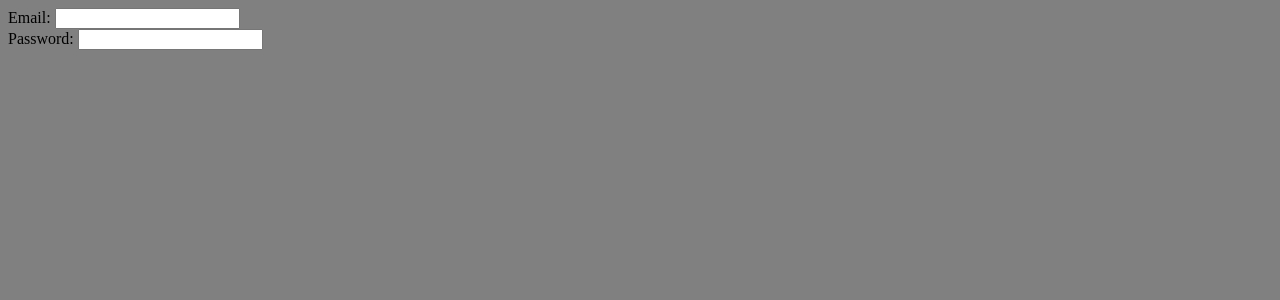
Repository: Mehakbatra496/Eclipse_Workspace
Page: http://localhost/G5_Springboot_LoginReg_ProfileApp/views/aboutUsPage.jsp
An editor plug-in stored every save of this project. The page is shown before and after the next save, followed by the edit.
The browser window is 1280 px wide. The pictures show the whole page.
The page is served by Tomcat 9.

Above is the page before, as saved 2024-08-26 06:39:19.

After the next save:
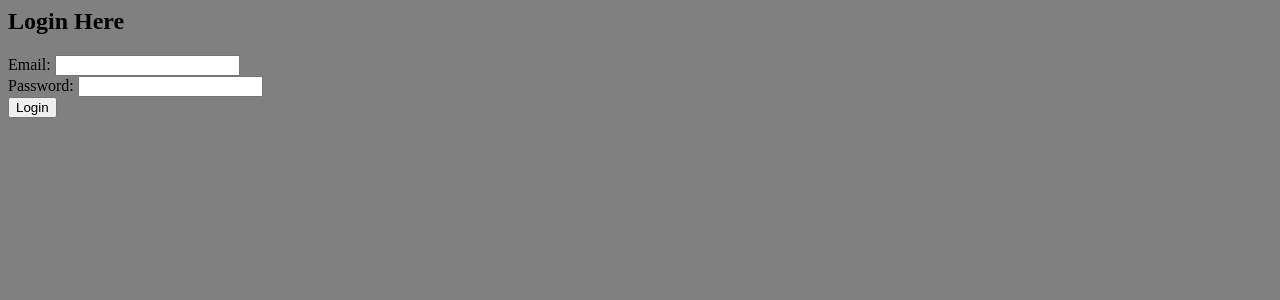
Saved 45 s later.
--- a/G5_Springboot_LoginReg_ProfileApp/src/main/webapp/views/aboutUsPage.jsp
+++ b/G5_Springboot_LoginReg_ProfileApp/src/main/webapp/views/aboutUsPage.jsp
@@ -13,14 +13,15 @@
     </head>
 
     <body style="background-color: gray">
+    <h2>Login Here</h2>
 		<form>
 			Email:
 			<input type="text" name="name1">
 			<br>
 			Password:
-			<input type="text" name="name1">
+			<input type="text" name="pass1">
 			<br>
-
+			<input type="submit" value= Login>
 		</form>
     </body>
 </html>
